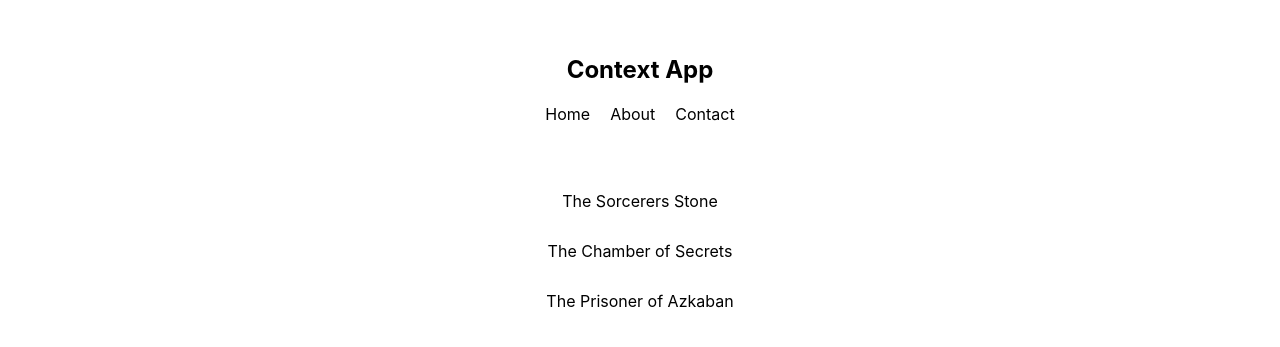
Repository: gboyega/Hook-Context-tut
Page: /
These files come from the project's save history. The page is drawn as it stood at one moment and after a run of saves; the edit follows.
The browser window is 1280 px wide. The pictures show the whole page.
The project was rebuilt for these pictures with package versions that can differ from the ones it lists, and the page was loaded fresh each time.

Above is the page before, as saved 2020-01-19 11:12:42.

### src/index.css
body {
  margin: 0;
  font-family: -apple-system, BlinkMacSystemFont, 'Segoe UI', 'Roboto', 'Oxygen',
    'Ubuntu', 'Cantarell', 'Fira Sans', 'Droid Sans', 'Helvetica Neue',
    sans-serif;
  -webkit-font-smoothing: antialiased;
  -moz-osx-font-smoothing: grayscale;
}

.App {
  max-width : 400px;
  margin: 30px auto;
  text-align: center;
}

nav{
  padding: 5px;
}

nav ul {
  padding: 0;
}

nav ul li {
  display: inline-block;
  margin: 0 10px;
}

.book-list {
  padding: 20px;
  margin-bottom: 20px;
}

.book-list ul {
  padding: 0;
  list-style-type: none;
}

.book-list li {
  padding: 10px;
  margin: 10px auto;
  border-radius: 10px;
}

### src/App.js
import React from "react";
import Navbar from "./components/Navbar";
import BookList from "./components/BookList";
import ThemeContextProvider from "./contexts/ThemeContext";

function App() {
  return (
    <div className="App">
      <ThemeContextProvider>
        <Navbar />
        <BookList />
      </ThemeContextProvider>
    </div>
  );
}

export default App;

### src/components/Navbar.js
import React, { Component } from 'react';
import { ThemeContext} from '../contexts/ThemeContext';

class Navbar extends Component {
    static contextType = ThemeContext;
    render() {
      console.log(this.context);
      const {isLightTheme, light, dark} = this.context;
      const theme = isLightTheme ? light : dark;
        return (
          <nav>
            <h1>Context App</h1>
            <ul>
              <li>Home</li>
              <li>About</li>
              <li>Contact</li>
            </ul>
          </nav>
        );
    }
}

export default Navbar ;

### src/components/BookList.js
import React, { Component } from 'react'

class BookList extends Component {

    render() {
        return (
          <div className="book-list">
            <ul>
              <li>The Sorcerers Stone</li>
              <li>The Chamber of Secrets </li>
              <li>The Prisoner of Azkaban</li>
            </ul>
          </div>
        );
    }
}

export default BookList;

### src/contexts/ThemeContext.js
import React, { createContext, Component } from 'react';

export const ThemeContext = createContext();

class ThemeContextProvider extends Component {
    state = {
        isLightTheme: true,
        light: { syntax: '#444', ui: '#ccc', bg: '#fff'},
        dark: { syntax: '#ccc', ui: '#222', bg: '#444'}
     }
    render() {
        return (
            <ThemeContext.Provider value = {{...this.state}}>
            {this.props.children}

            </ThemeContext.Provider>
        );
    }
}

export default ThemeContextProvider;

Loaded but not shown: public/index.html (common file); src/index.js (common file); src/serviceWorker.js (common file)

After the next 23 saves:
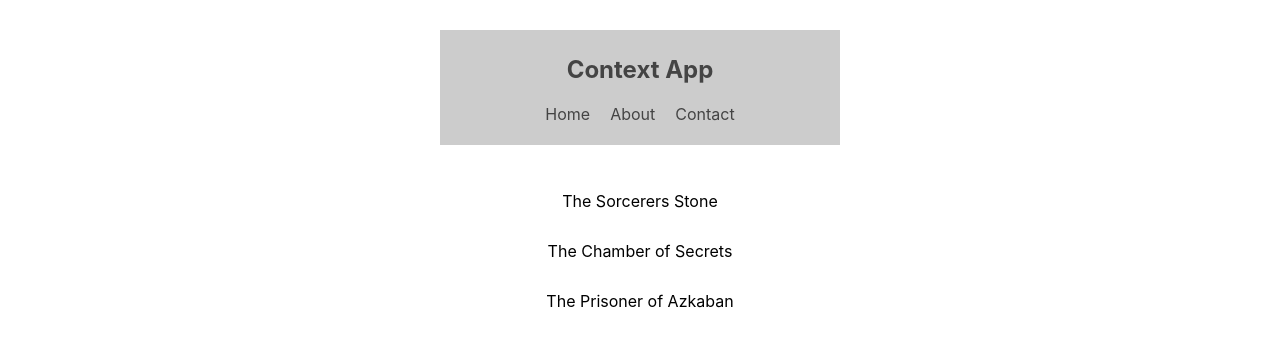
The 23 saves are shown as one change because they came seconds apart.
The last was saved 57 s later.
--- a/src/components/Navbar.js
+++ b/src/components/Navbar.js
@@ -8,7 +8,7 @@ class Navbar extends Component {
       const {isLightTheme, light, dark} = this.context;
       const theme = isLightTheme ? light : dark;
         return (
-          <nav>
+          <nav style ={{background: theme.ui, color: theme.syntax}}>
             <h1>Context App</h1>
             <ul>
               <li>Home</li>
